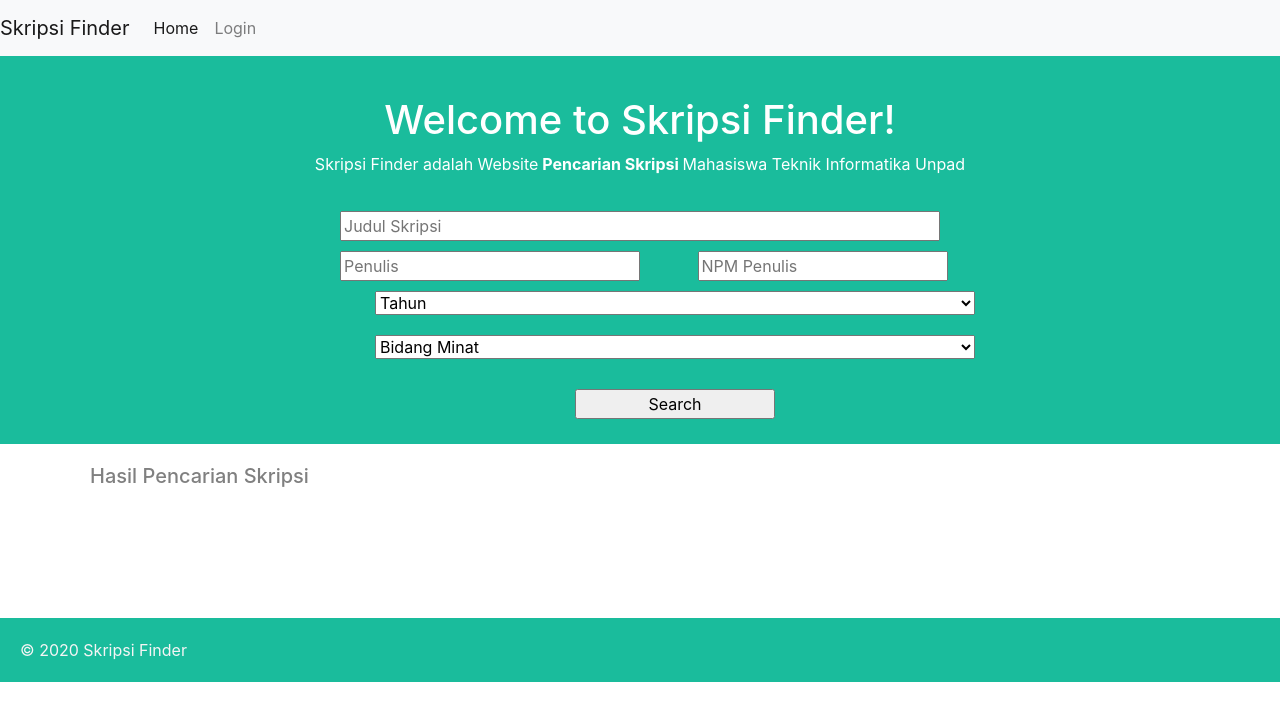
Repository: faalihnst/berita
Page: /
An editor plug-in stored every save of this project. The page is shown before and after the next save, followed by the edit.
The browser window is 1280 px wide. The pictures show the whole page.
The project was rebuilt for these pictures with package versions that can differ from the ones it lists, and the page was loaded fresh each time.

Above is the page before, as saved 2020-06-05 00:57:47.

After the next save:
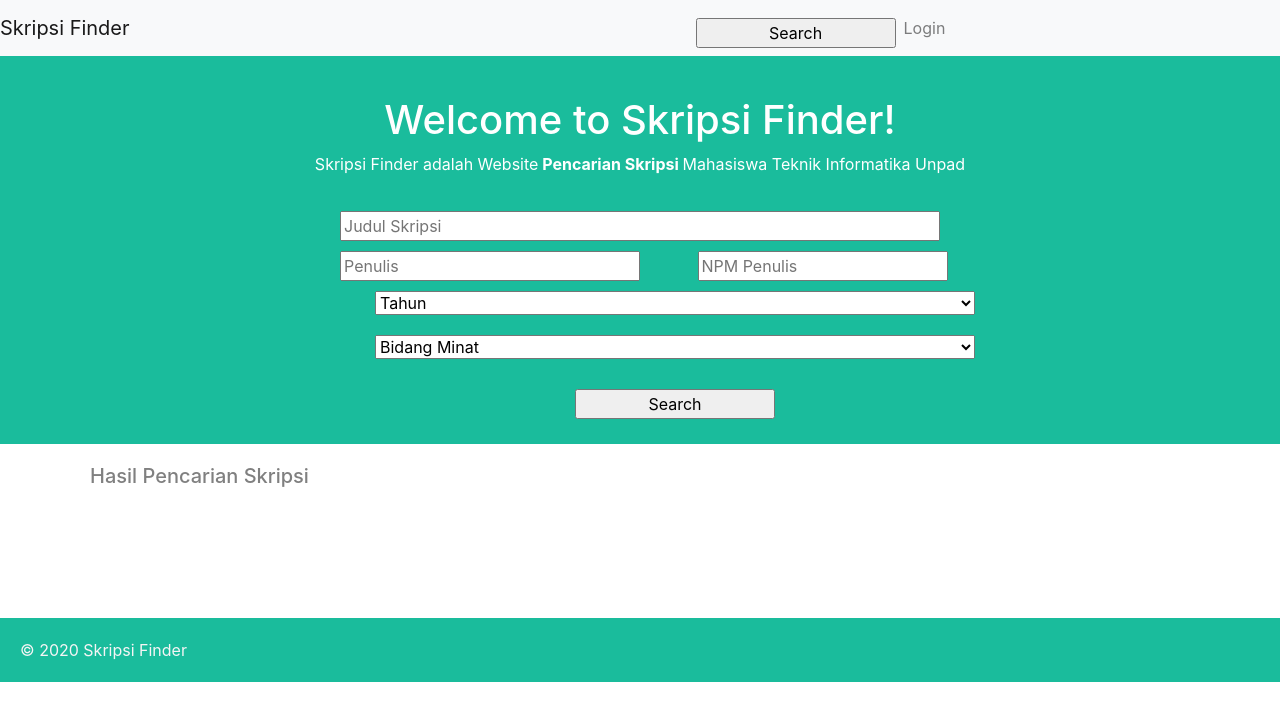
Saved 8 min 56 s later.
--- a/src/pages/homepage.js
+++ b/src/pages/homepage.js
@@ -122,6 +122,7 @@ export default function Homepage() {
   return (
 
     <body>
+
       {/* Navbar */}
       <nav className="navbar navbar-expand-lg navbar-nav navbar-light bg-light">
         <a className="navbar-brand" href="#">
@@ -142,9 +143,13 @@ export default function Homepage() {
         <div className="collapse navbar-collapse" id="navbarSupportedContent">
           <ul className="navbar-nav mr-auto">
             <li className="nav-item active">
-              <a className="nav-link" href="/">
-                Home
-              </a>
+            <input
+                type="button"
+                className="button"
+                id="search"
+                value="Search"
+                onClick={getData}
+            />
             </li>
             <li className="nav-item">
               <a className="nav-link" href="Login">
